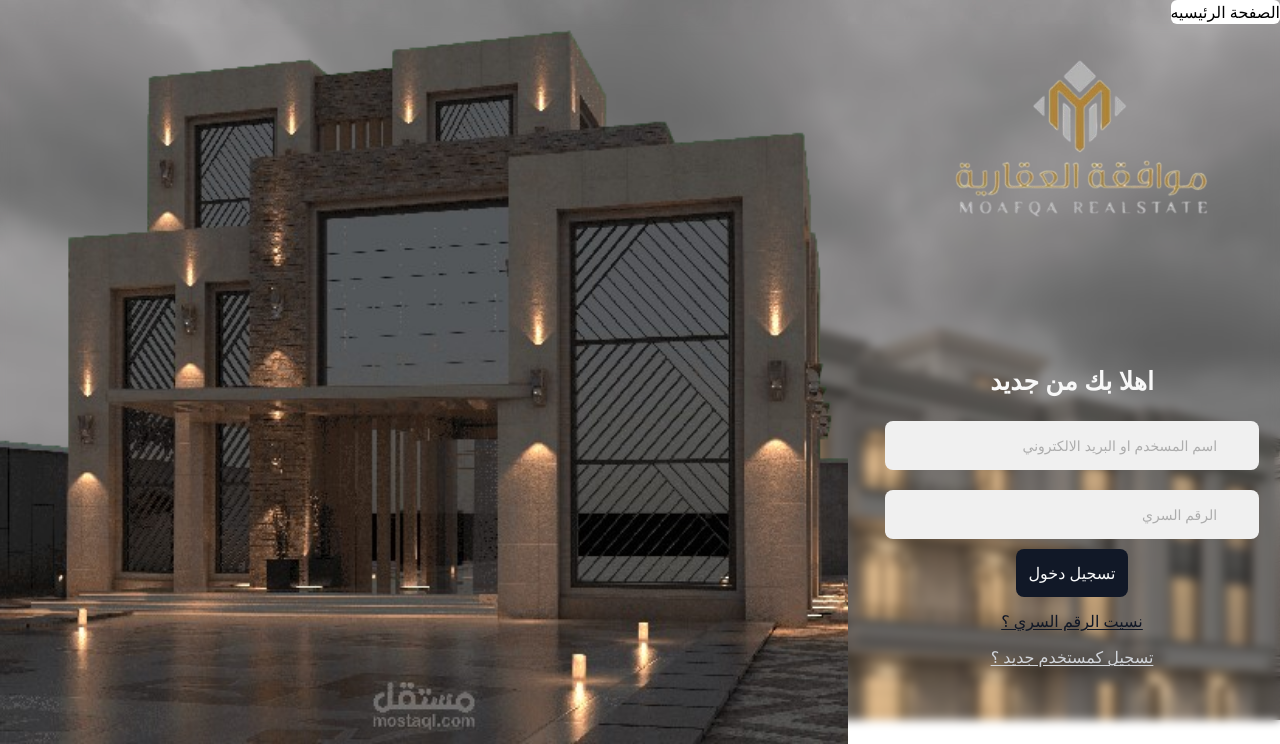
Repository: EslamKhial1997/immovables
Page: /auth
The author's editor kept a copy of each file at every save. The page is drawn from the files as they stood at one save, then again after the next save.
The browser window is 1280 px wide. The pictures show the whole page.
Some web libraries are served in a nearby version. The project was rebuilt for these pictures with package versions that can differ from the ones it lists, and the page was loaded fresh each time. Also part of the build but not shown: vite.config.js, src/Components/layout/Navbar.jsx, src/Components/contents/OurProjects.jsx, src/Components/contents/OurAchievements.jsx, src/Components/layout/Footer.jsx, src/Components/contents/home/Slider.jsx, src/Components/contents/home/Blogs.jsx, src/App.jsx and 6 more.

Above is the page before, as saved 2024-07-27 00:30:09.

### index.html
<!doctype html>
<html lang="ar" dir="rtl">
  <head>
    <meta charset="UTF-8" />
    <link rel="icon" type="image/svg+xml" href="./src/assets/logo.png" />
    <meta name="viewport" content="width=device-width, initial-scale=1.0" />
    <link rel="stylesheet" href="https://cdnjs.cloudflare.com/ajax/libs/font-awesome/5.14.0/css/all.css" integrity="sha512-B46MVOJpI6RBsdcU307elYeStF2JKT87SsHZfRSkjVi4/iZ3912zXi45X5/CBr/GbCyLx6M1GQtTKYRd52Jxgw==" crossorigin="anonymous" referrerpolicy="no-referrer" />
    <!-- <script src="https://cdn.tailwindcss.com"></script> -->

    <title>الموافقة العقارية</title>
  </head>
  <body>
    <div id="root"></div>
    <script type="module" src="/src/main.jsx"></script>
  </body>
</html>

### src/main.jsx
import React from "react";
import ReactDOM from "react-dom/client";
import App from "./App.jsx";
import "./index.css";
import { Provider } from "react-redux";

import { createBrowserRouter, RouterProvider } from "react-router-dom";
import { ConfigStore } from "./Components/store/config.jsx";
import Blogs from "./Components/contents/home/Blogs.jsx";
import OurProjects from "./Components/contents/OurProjects.jsx";
import About from "./Components/contents/About/About.jsx";
import ConnectUs from "./Components/contents/ConnectUs/ConnectUs.jsx";
import Auth from "./Components/auth/Auth.jsx";
import Login from "./Components/auth/login/Login.jsx";
import Signup from "./Components/auth/Singup/Signup.jsx";
import Blog from "./Components/contents/Blogs/Blog.jsx";
import 'flowbite';
import Dashboard from "./Components/dashboard/Dashboard.jsx";
const Route = createBrowserRouter([
  {
    path: "/",
    element: <App />,
    children: [
      {
        index: true,
        element: <Blogs />,
      },
      {
        path: "/projects",
        element: <OurProjects />,
      },
      {
        path: "/blogs",
        element: <Blog />,
      },
      {
        path: "/about",
        element: <About />,
      },
      {
        path: "/connectUs",
        element: <ConnectUs />,
      },

      // {
      //   path: "/auth/login",
      //   element: <Login />,
      // },
    ],
  },
  {
    path: "/auth",
    element: <Auth />,
    children: [
      {
        index: true,
        element: <Login />,
      },
      // {
      //   path: "/auth/signup",
      //   element: <Signup />,
      // },
    ],
  },
  {
    path: "/dashboard",
    element: <Dashboard />,
    // children: [
    //   {
    //     index: true,
    //     element: <Login />,
    //   },
    //   // {
    //   //   path: "/auth/signup",
    //   //   element: <Signup />,
    //   // },
    // ],
  },
]);

const root = ReactDOM.createRoot(document.getElementById("root"));
root.render(
  <Provider store={ConfigStore}>
    {/* <Provider store={ConfigStore}> */} <RouterProvider router={Route} />
  </Provider>
);

### src/index.css
@tailwind base;
@tailwind components;
@tailwind utilities;
* {
  font-family: GE-Dinar-Medium, ui-sans-serif, system-ui, -apple-system,
    BlinkMacSystemFont, Segoe UI, Roboto, Helvetica Neue, Arial, Noto Sans,
    sans-serif, "Apple Color Emoji", "Segoe UI Emoji", Segoe UI Symbol,
    "Noto Color Emoji" !important;
}
.whatsapp-ico{
    fill: white;
    width: 50px;
    height: 50px;
    padding: 3px;
    background-color: #45d13d;
    border-radius: 50%;
    box-shadow: 2px 2px 6px rgba(0,0,0,0.4);
    /* box-shadow: 2px 2px 11px rgba(0,0,0,0.7); */
    /* position: fixed;
    bottom: 20px;
    right : 20px;
    z-index: 10; */
}

.whatsapp-ico:hover{
    box-shadow: 2px 2px 11px rgba(0,0,0,0.7);
}

.float-button {
    text-decoration: none;
    position: fixed;
    padding: 10px;
    padding-right: 15px;
    bottom: 30px;
    right: 30px;
    color: #fff;
    background-color:#25D366;
    border-radius: 25px 30px 5px 25px;
    z-index: 100;
    font-family: Arial;
    font-size: 17px;
    animation: whatsapp-animation 0.5s ease-in-out;
    box-shadow: 1px 2px 5px 2px rgba(30,30,30,0.3);
    transition:all 0.3s ease-out;
}

.float-button:hover {
     background-color: #128C7E;
      color: #fff;
}

.fa-whatsapp {
    font-size: 20px !important;
    padding-right: 5px;
    padding-left: 5px;
}

@keyframes whatsapp-animation {
    from {
        opacity: 0%;
    }

    to {
        opacity: 100%
    }
}

@media screen and (max-width: 545px) {
    span {
        display: none;
    }

    .float-button {
        bottom: 15px;
        right: 15px;
        width: 20px;
        border-radius: 20px 20px 5px 20px;
    }

    .fa-whatsapp {
        font-size: 22px !important;
        padding: 4px;
    }
}

### src/Components/store/config.jsx
import { configureStore } from "@reduxjs/toolkit";
import { StoreSlice } from "./store";
import { StoreSliceAuth } from "./authController";
import { StoreSliceUserLogged } from "./loggedUserController";
import { StoreSliceUser } from "./userController";

export const ConfigStore = configureStore({
  reducer: {
    // StoreSlice,
    // StoreSliceAuth,
    // StoreSliceUser,
    // StoreSliceUserLogged
  },
  middleware: (getDefaultMiddleware) =>
    getDefaultMiddleware({
      serializableCheck: false,
    }),
});

### src/Components/auth/Auth.jsx
import React from "react";
import { Outlet } from "react-router-dom";
import background from "../../assets/available/image3.jpg";
const Auth = () => {
  return (
    <div
      style={{
        backgroundImage: `url(${background})`,
        height: "100vh",
        backgroundRepeat: "no-repeat",
      }}
    >
       <button className="bg-white rounded-md">الصفحة الرئيسيه</button>
      <Outlet />
    </div>
  );
};

export default Auth;

### src/Components/auth/login/Login.jsx


import Profile from "../../../assets/auth/logo.png";
import auth from "../../../assets/auth/auth.png";
import Styles from "../Styles.module.css";


import LoginEmail from "./LoginEmail";

const Login = () => {
  return (
    <main className={`${Styles.main} grid md:grid-cols-3 grid-cols-1 gap-4`}>

      <div className="grid grid-cols-1 ">
        {" "}
        <section className={Styles.sectionimg}>
          <img src={Profile} alt="img" />
        </section>
        <section className={Styles.sectionlogin}>
          <div className={Styles.parent}>
            <span className={Styles.started}>اهلا بك من جديد</span>

            <LoginEmail />
          </div>
        </section>
      </div>
      <div className=" col-span-2 hidden md:grid">
        <img src={auth} alt="" className="h-screen w-screen" />
      </div>
    </main>
  );
};

export default Login;

### src/Components/contents/home/carousel.css
.carousel {
  position: relative;
  text-align: center;
  box-sizing: border-box;
}

.carousel * {
  box-sizing: border-box;
}

.carousel__track {
  display: flex;
  margin: 0;
  padding: 0;
  position: relative;
}

.carousel__viewport {
  overflow: hidden;
}

.carousel__sr-only {
  position: absolute;
  width: 1px;
  height: 1px;
  padding: 0;
  margin: -1px;
  overflow: hidden;
  clip: rect(0, 0, 0, 0);
  border: 0;
}

.carousel__icon {
  width: var(--vc-icn-width);
  height: var(--vc-icn-width);
  fill: currentColor;
}

.carousel__slide {
  scroll-snap-stop: auto;
  flex-shrink: 0;
  margin: 0;
  position: relative;
  display: flex;
  justify-content: center;
  align-items: center;
  transform: translateZ(0);
}

:root {
  --vc-clr-primary: #000;
  --vc-clr-secondary: #090f207f;
  --vc-clr-white: #ffffff;
  --vc-icn-width: 1.2em;
  --vc-nav-width: 30px;
  --vc-nav-height: 30px;
  --vc-nav-border-radius: 0;
  --vc-nav-color: var(--vc-clr-primary);
  --vc-nav-color-hover: var(--vc-clr-secondary);
  --vc-nav-background: transparent;
  --vc-pgn-width: 12px;
  --vc-pgn-height: 4px;
  --vc-pgn-margin: 4px;
  --vc-pgn-border-radius: 0;
  --vc-pgn-background-color: var(--vc-clr-secondary);
  --vc-pgn-active-color: var(--vc-clr-primary);
}

.carousel__prev,
.carousel__next {
  box-sizing: content-box;
  background: var(--vc-nav-background);
  border-radius: var(--vc-nav-border-radius);
  width: var(--vc-nav-width);
  height: var(--vc-nav-height);
  text-align: center;
  font-size: var(--vc-nav-height);
  padding: 0;
  color: var(--vc-nav-color);
  display: flex;
  justify-content: center;
  align-items: center;
  position: absolute;
  border: 0;
  cursor: pointer;
  margin: 0 10px;
  top: 50%;
  transform: translateY(-50%);
}

.carousel__prev:hover,
.carousel__next:hover {
  color: var(--vc-nav-color-hover);
}

.carousel__next--disabled,
.carousel__prev--disabled {
  cursor: not-allowed;
  opacity: 0.5;
}

.carousel__prev {
  left: 0;
}

.carousel__next {
  right: 0;
}

.carousel--rtl .carousel__prev {
  left: auto;
  right: 0;
}

.carousel--rtl .carousel__next {
  right: auto;
  left: 0;
}

.carousel__pagination {
  display: flex;
  justify-content: center;
  list-style: none;
  line-height: 0;
  margin: 10px 0 0;
}

.carousel__pagination-button {
  display: block;
  border: 0;
  margin: 0;
  cursor: pointer;
  padding: var(--vc-pgn-margin);
  background: transparent;
}

.carousel__pagination-button:after {
  display: block;
  content: "";
  width: var(--vc-pgn-width);
  height: var(--vc-pgn-height);
  border-radius: var(--vc-pgn-border-radius);
  background-color: var(--vc-pgn-background-color);
}

.carousel__pagination-button:hover:after,
.carousel__pagination-button--active:after {
  background-color: var(--vc-pgn-active-color);
}

### src/Components/auth/Styles.module.css
:root {
  --white: #ffffff;
  --login-color: #f8f8f8;
}
.main {


  height: 100%;

  background-color: transparent;
  backdrop-filter: blur(5px);
}
.started,
.forget-password,
.login,
.form::placeholder,
.login-btn button,
.Continue span {
  font-family: "Inter";
  font-style: normal;
}
.sectionlogin {
  width: 100%;
}
.parent {
  border-radius: 15px 15px 0px 0px;
}

.sectionimg img {
  width: 75%;
  height: 75%;
  margin: auto;
}
.btnparent {
  width: 326px;
  height: 40px;
  background: var(--login-color);
  border-radius: 25px;
  display: flex;
  align-items: center;
  justify-content: center;
  margin: 30px auto !important;
}
.login {
  width: 50%;
  height: 40px;
  text-align: center;
  display: flex;
  justify-content: center;
  align-items: center;
  border-radius: 23.5px;
  border: none;
  font-size: 14px;
  font-weight: 600;
  color: black;
}
.parentReg {
  width: 90%;
  height: 40px;
  background: var(--login-color);
  border-radius: 8px;
  display: flex;
  align-items: center;
  justify-content: space-around;
  margin: auto !important;
}
.parentReg a {
  background-color: #63ccfb;
  padding: 10px;
  text-decoration: none;
  border-radius: 10px;
  -webkit-border-radius: 10px;
  -moz-border-radius: 10px;
  -ms-border-radius: 10px;
  -o-border-radius: 10px;
  color: white;
}
.active {
  background: linear-gradient(95.26deg, #63ccfb -1.79%, #00a2f4 78.59%);
  color: white;
}
.started {
  width: 100%;
  height: 40px;
 color: #f8f8f8;
  font-size: 25px;
  line-height: 21px;
  margin: 10px auto !important;
  display: flex;
  align-items: center;
  text-align: center;
  justify-content: center;
  font-weight: bolder;
}
.form {
  width: 90%;
  height: 49px;
  margin: 10px auto !important;
  background: #f0f0f0;
  border-radius: 8px;
  border: none;
  padding-left: 10px;
}
.form::placeholder {
  padding: 30px;
  font-weight: 400;
  font-size: 14px;
  display: flex;
  align-items: center;

  color: #adadad;
}
.code {
  width: 70%;
  height: 49px;
  margin: 10px 0px !important;
  background: #f0f0f0;
  border-radius: 8px;
  border: none;
  padding-left: 10px;
}
.code::placeholder {
  padding: 30px;
  font-weight: 400;
  font-size: 14px;
  display: flex;
  align-items: center;

  color: #adadad;
}

.InputCode {
  display: flex;
  align-items: center;
  justify-content: center;
}
.submitcode {
  height: 49px;
  width: 20%;
  border-radius: 8px;
  background: linear-gradient(95.26deg, #63ccfb -1.79%, #00a2f4 78.59%);
  color: white;
  border: 0;
  font-size: 12.5px;
  -webkit-appearance: none;
}
.pusodo {
  text-align: center;
  position: relative;
}
.pusodo svg {
  position: absolute;
  right: 10%;
  top: 37.5%;
  cursor: pointer;
}

.loginbtn a {
  width: 308px;
  height: 47px;
  display: flex;
  align-items: center;
  justify-content: center;
  background: linear-gradient(96.38deg, #63ccfb -8.79%, #00a2f4 86.42%);
  border-radius: 23.5px;
  font-weight: 600;
  font-size: 14px;
  border: none;
  margin: auto;
  color: var(--white) !important;
  cursor: pointer;
}
.forgetpassword {
  display: block;
  margin: 10px auto !important;
  font-weight: 400;
  font-size: 13px;
  text-align: center;
  color: #0085ff;
  text-decoration: none;
}
.Continue,
footer {
  margin: auto !important;
  text-align: center;
}
.Continue span {
  display: block;
  padding: 15px;
  text-align: center;
  font-weight: 400;
  font-size: 13px;

  color: #494949;
}
.footerdiv {
  display: flex;
  justify-content: space-around;
  text-align: center;
  height: 100%;
}
.footerdiv div {
  border-radius: 5px;
  margin: 10px auto;
}
.footerdiv div img {
  width: 23px;
  height: 25px;
  cursor: pointer;
  text-align: center;
}
.Alert {
  width: 90%;
  margin: 0px auto 10px !important;
}

### src/Components/auth/login/LoginEmail.jsx
import React, { useState } from "react";
import Styles from "../Styles.module.css";
// import { IoEyeSharp } from "react-icons/io5";

import { useNavigate, NavLink } from "react-router-dom";

import facebook from "../../../assets/auth/facebook.svg";
import gmail from "../../../assets/auth/gmail.png";
import apple from "../../../assets/auth/apple.svg";

import Cookies from "cookies-js";
import { useDispatch, useSelector } from "react-redux";
import { login } from "../../store/authController";

const LoginEmail = () => {
  const [ShowPassword, setShowPassword] = useState(true);
  const dispatch = useDispatch();
  const navigate = useNavigate();
  // const {data} = useSelector((state)=>state.StoreSliceAuth);

  const [user, setUser] = useState({
    email: "",
    password: "",
  });
  const { email, password } = user;
  const handleChange = (e) => {
    const { name, value } = e.target;
    setUser({
      ...user,
      [name]: value,
    });
  };

  const Login = async (e) => {
    e.preventDefault();
    // await dispatch(login(user)).then(function (response) {
    //   const token =response.payload.data.token
    //   if (token) {

    //     Cookies.set('token', token);
    //     navigate("/")
    //   }
    //     // Cookies.set('userID', response.data._id);

    //   })
  };
  //   useEffect(() => {
  //     if (token === null || token === "undefined") {
  //      return
  //     }else{
  // navigate("/")
  //     }
  //   }, [token]);
  //   const TogglePassword = () => {
  //     setShowPassword(!ShowPassword);
  //   };
  return (
    <form onSubmit={Login} className={Styles.pusodo}>
      <input
        className={Styles.form}
        type="text"
        placeholder="اسم المسخدم او البريد الالكتروني"
        aria-label="default input example"
        name="email"
        value={email}
        onChange={handleChange}
      />
      <div className={Styles.pusodo}>
        <input
          className={Styles.form}
          type={ShowPassword ? "password" : "text"}
          placeholder="الرقم السري"
          aria-label="default input example"
          name="password"
          value={password}
          onChange={handleChange}
        />
        <a onClick={() => {}} />
      </div>

      <div className={` d-flex justify-content-center`}>
        <button
          type="submit"
          className="bg-gray-900 p-3 rounded-lg text-gray-50"
          onClick={()=>{navigate("/dashboard")}}
        >
          تسجيل دخول
        </button>
      </div>
      <NavLink to={"/auth"} className="text-gray-900 m-3 underline  underline-offset-2 block	"> نسيت الرقم السري ؟</NavLink>
      <NavLink to={"/auth/signup"} className="text-gray-300 m-3 underline  underline-offset-2	"> تسجيل كمستخدم جديد ؟</NavLink>
      {/* <footer>
        <div className="Continue text-center">
          <span>Or Continue with</span>
        </div>
        <div
          className={`${Styles.footerdiv} container  d-flex justify-content-between col-xxl-12`}
        >
          <div className="d-flex justify-content-center align-items-center">
            <img src={facebook} alt="" />
          </div>
          <div className="d-flex justify-content-center align-items-center">
            <img src={apple} alt="" />
          </div>

          <div className="d-flex justify-content-center align-items-center">
            <a
              href="http://localhost:3000/auth/google/callback"
              target="_blank"
            >
              {" "}
              <img src={gmail} alt="" />
            </a>
          </div>
        </div>
      </footer> */}
    </form>
  );
};

export default LoginEmail;

Loaded but not shown: src/App.css (common file); src/Components/store/authController.js (264 lines, source omitted); src/Components/store/loggedUserController.js (262 lines, source omitted); src/Components/store/userController.js (237 lines, source omitted); tailwind.config.js (14 lines, source omitted); src/Components/store/store.jsx (297 lines, source omitted)

After the next save:
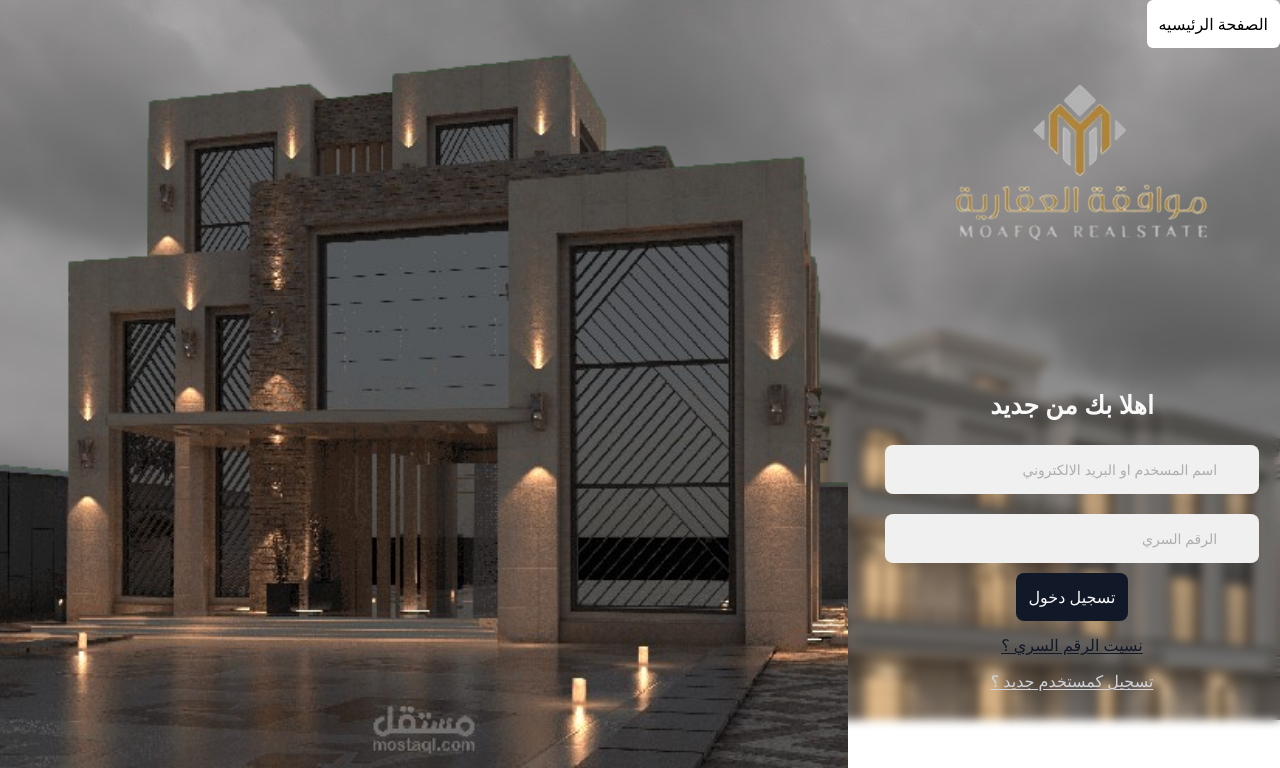
Saved 4 s later.
--- a/src/Components/auth/Auth.jsx
+++ b/src/Components/auth/Auth.jsx
@@ -10,7 +10,7 @@ const Auth = () => {
         backgroundRepeat: "no-repeat",
       }}
     >
-       <button className="bg-white rounded-md">الصفحة الرئيسيه</button>
+       <button className="bg-white rounded-md p-3">الصفحة الرئيسيه</button>
       <Outlet />
     </div>
   );
